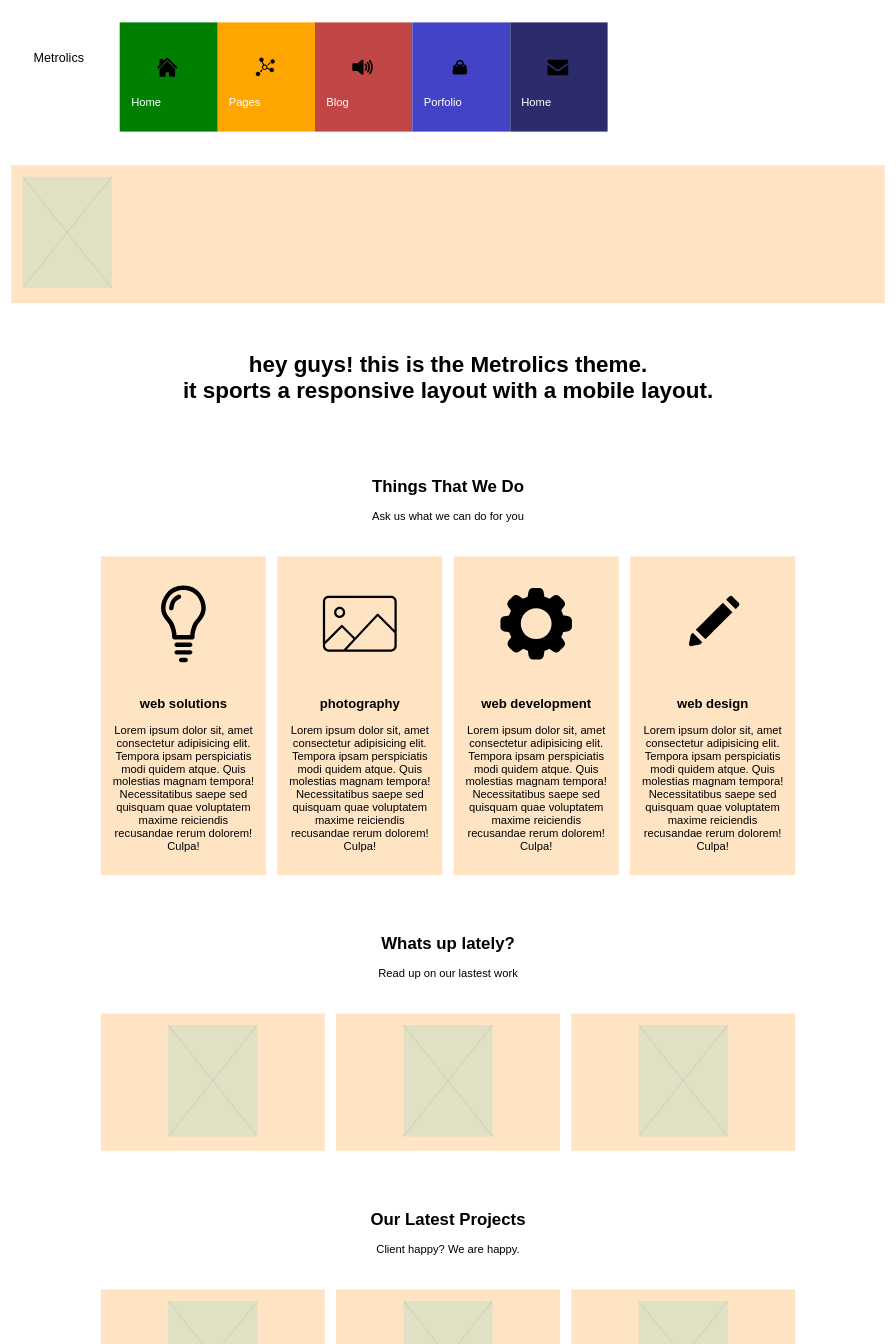
Repository: jjennbui/MDIA2003G-Assignment03B
Page: index.html
An editor plug-in stored every save of this project. The page is shown before and after a run of saves, followed by the edit.
The browser window is 1280 px wide. The pictures show the part of the page from y = 0 to 1920 px (the page is 2735 px tall), at 70% of full size.

Above is the page before, as saved 2023-02-01 13:42:26.

After the next 4 saves:
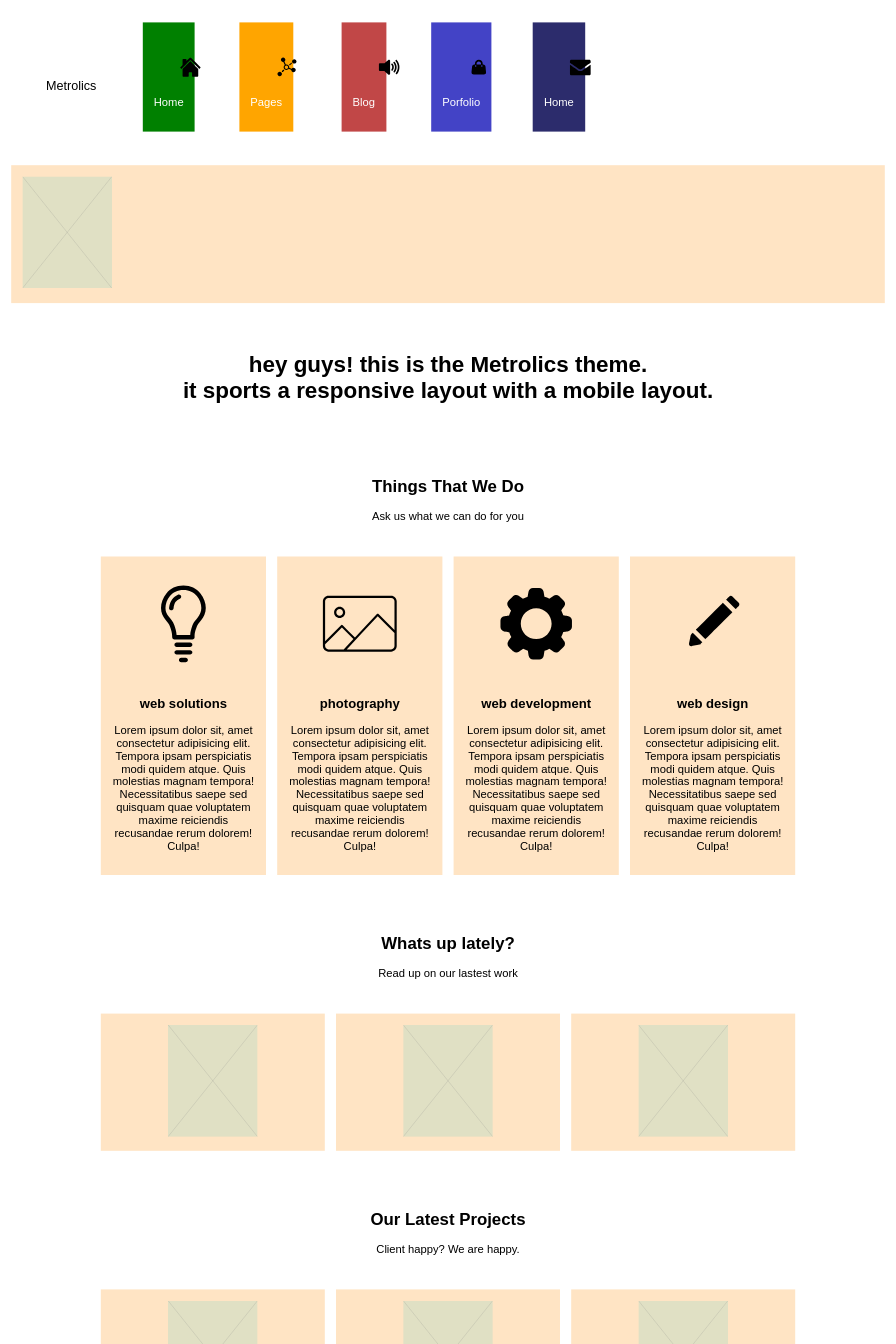
The 4 saves are shown as one change because they came seconds apart.
The last was saved 92 s later.
--- a/css/main.css
+++ b/css/main.css
@@ -60,7 +60,7 @@
   display: grid;
   text-align: left;
   font-family: Arial, Helvetica, sans-serif;
-  align-content: center;
+  place-items: center;
 
 }
 

After the 2 saves that followed:
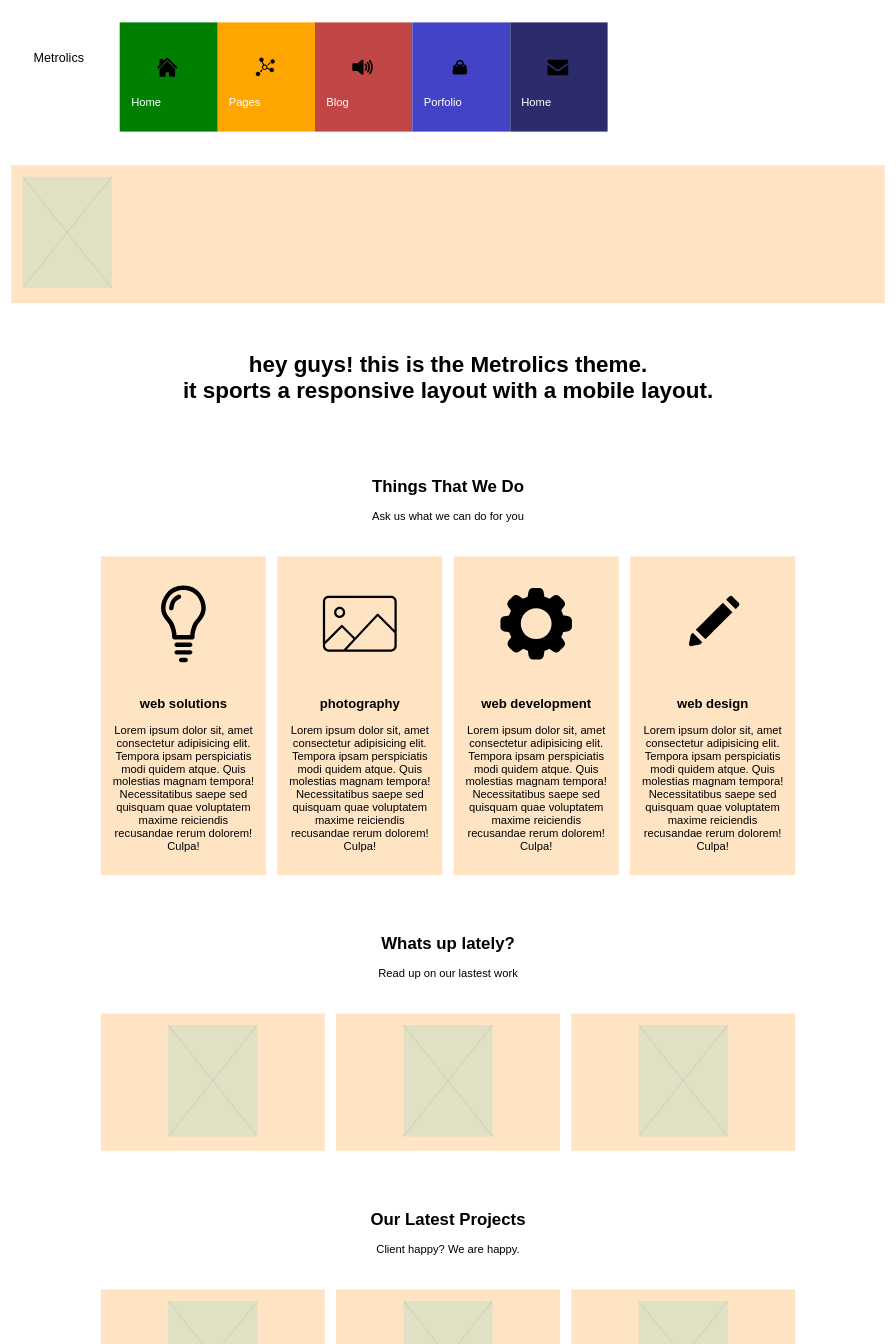
The 2 saves are shown as one change because they came seconds apart.
The last was saved 13 s later.
--- a/css/main.css
+++ b/css/main.css
@@ -60,7 +60,7 @@
   display: grid;
   text-align: left;
   font-family: Arial, Helvetica, sans-serif;
-  place-items: center;
+  place-content: ;
 
 }
 
